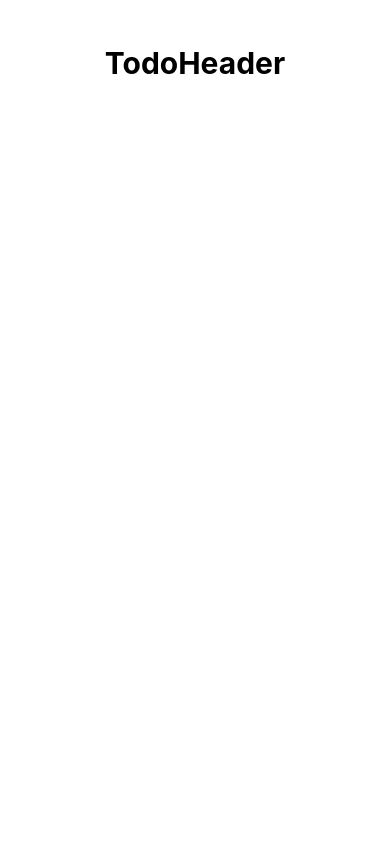
Repository: itadori17/Redux-Todo
Screen: /
These files come from the project's save history. The screen is drawn as it stood at one moment and after a run of saves; the edit follows.
The app was drawn by React Native's web renderer in a window 390 px wide. The project was rebuilt for these pictures with package versions that can differ from the ones it lists, and the page was loaded fresh each time.

Above is the screen before, as saved 2022-08-16 15:51:57.

### App.js
import { StatusBar } from 'expo-status-bar';
import { StyleSheet, Text, View, SafeAreaView } from 'react-native';

//importing Todo
import TodoHeader from './src/components/TodoHeader';

export default function App() {

  const RootApp = () => {
    return (
      <SafeAreaView>
        <TodoHeader/>
      </SafeAreaView>
    );
  };

  return (
    <View>
      <RootApp/>
    </View>
  );
}

### src/components/TodoHeader.js
import { StyleSheet, Text, TextInput, View } from 'react-native';
import React from 'react';

const TodoHeader = () => {
    return (
        <View>
            <Text style={{
                fontSize: 30,
                fontWeight: 'bold',
                textAlign: 'center',
                marginTop: 45,
            }}
            >
             TodoHeader
                </Text>
                <TextInput
                    style={{
                        borderColor: 'grey',

                    }}
                />
        </View>
    )
}

export default TodoHeader;

const styles = StyleSheet.create({});

After the next 7 saves:
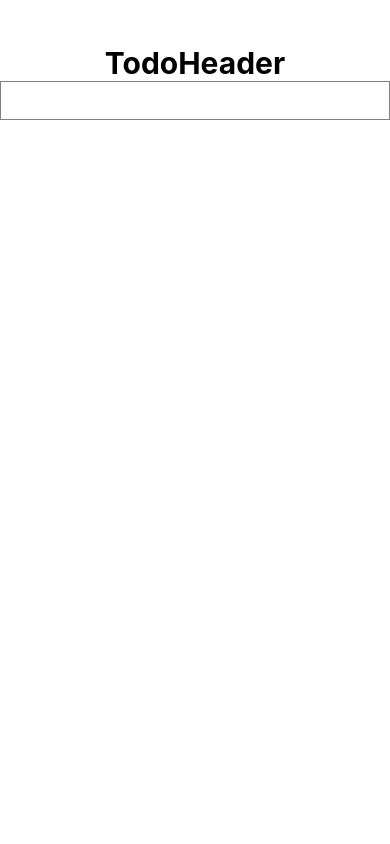
The 7 saves are shown as one change because 1 did not build or start and some came seconds apart.
The last was saved 26 s later.
--- a/src/components/TodoHeader.js
+++ b/src/components/TodoHeader.js
@@ -16,6 +16,8 @@ const TodoHeader = () => {
                 <TextInput
                     style={{
                         borderColor: 'grey',
+                        borderWidth: 1,
+                        padding: 10,
 
                     }}
                 />
